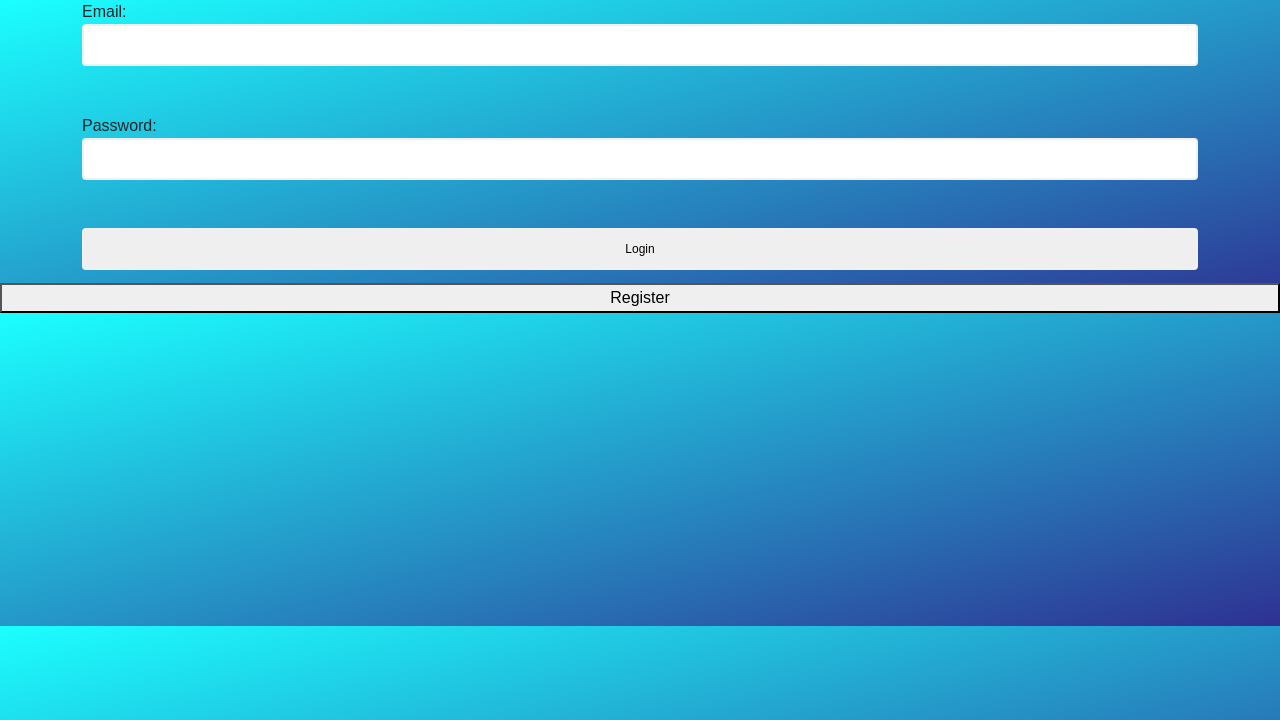
Repository: MD-1107/ISS_Assignment
Page: http://localhost/DemoRegisterLogin/login.jsp
The author's editor kept a copy of each file at every save. The page is drawn from the files as they stood at one save, then again after the next save.
The browser window is 1280 px wide. The pictures show the whole page.
The page is served by Tomcat 9.

Above is the page before, as saved 2024-01-03 12:12:15.
Console error: TypeError: Cannot read properties of undefined (reading 'name')

After the next save:
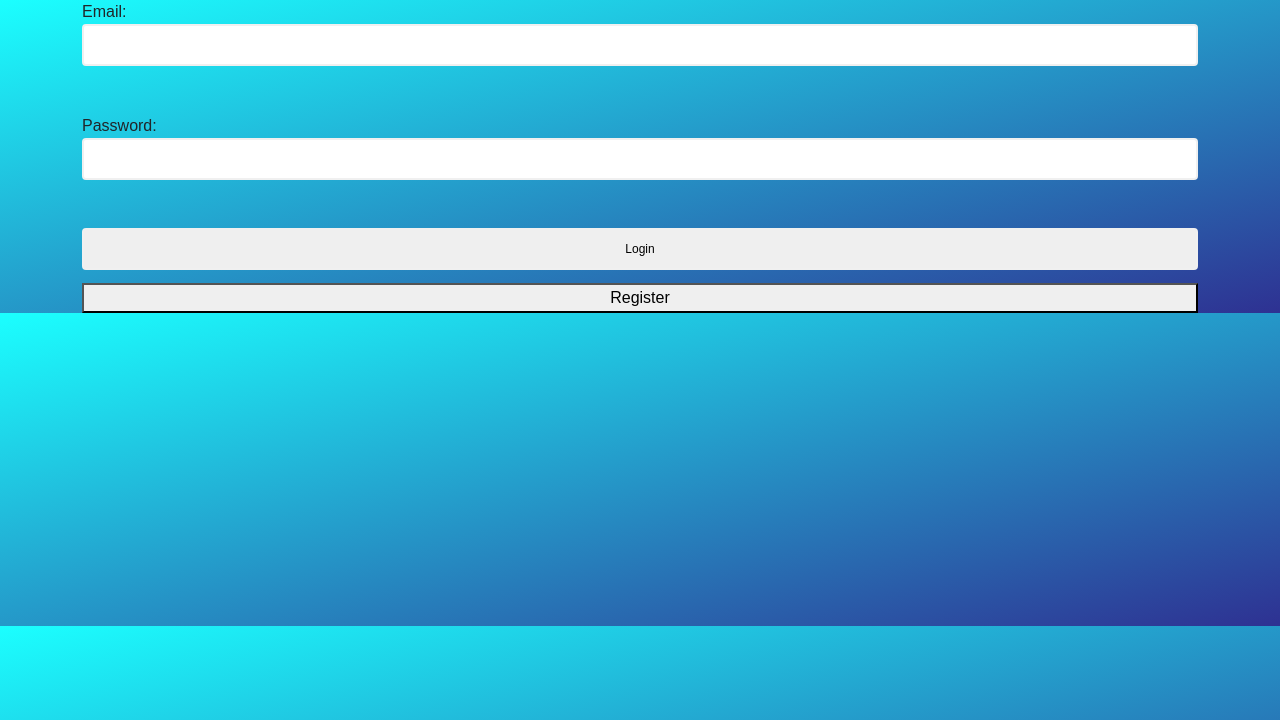
Saved 3 min 9 s later.
--- a/INTEGRATING CLIENT SIDE PROGRAMMING/DemoRegisterLogin/src/main/webapp/login.jsp
+++ b/INTEGRATING CLIENT SIDE PROGRAMMING/DemoRegisterLogin/src/main/webapp/login.jsp
@@ -17,7 +17,7 @@
     Email: <input type="text" id="email" name="email"/> <br/> <br/>
     Password: <input type="password" id="password" name="password"/> <br/> <br/>
     <input type="submit" value="Login" />
-    <div class="error"></div></div>
+    <div class="error"></div>
     </div>
 </form>
 <form action="Register" method="get">
